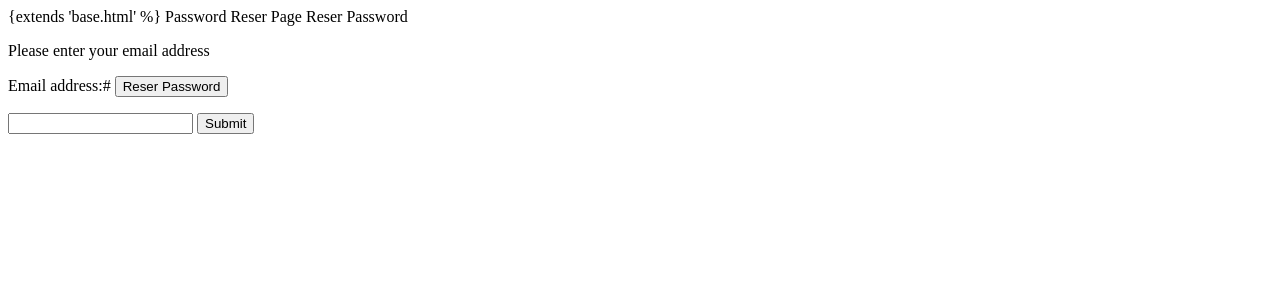
Repository: stiofanEimeid/django_auth
Page: templates/registration/password_reset_form.html
The author's editor kept a record of every edit. The page is drawn from the files as they stood at one moment, then again after the next edit.
The browser window is 1280 px wide. The pictures show the whole page.
The template is drawn by Django 2.2. The application's start-up code is not run. The template is opened directly, without the code that normally fills it, so the values that code supplies are empty.

Above is the page before.

After the next edit:
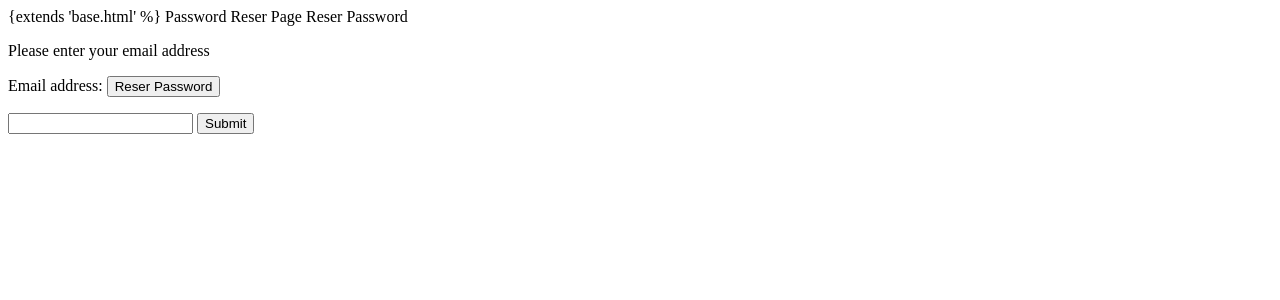
The edit:
--- a/templates/registration/password_reset_form.html
+++ b/templates/registration/password_reset_form.html
@@ -12,7 +12,7 @@
     {{ form.email.errors }}
 
     <p>
-        <label for="id_email">Email address:</label>#
+        <label for="id_email">Email address:</label>
 
         {{ form.email }}
 
